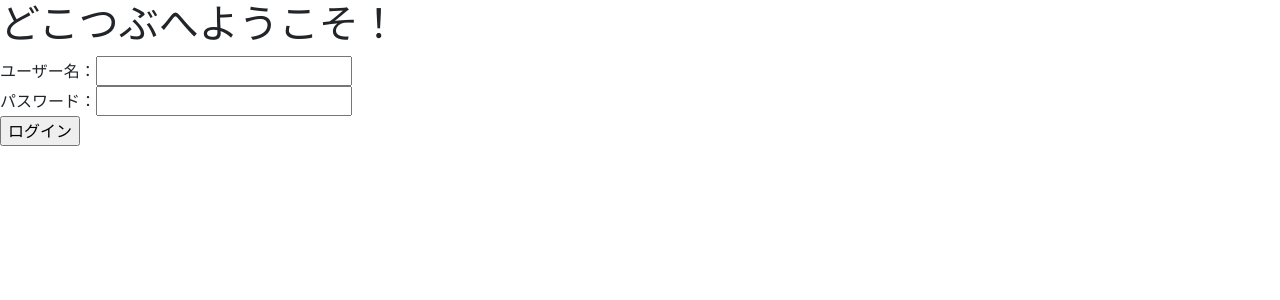
Repository: lunalice/01_START
Page: http://localhost/hello_world_now/
These files come from the project's save history. The page is drawn as it stood at one moment and after the next save; the edit follows.
The browser window is 1280 px wide. The pictures show the whole page.
The page is served by Tomcat 9. Other server files are loaded and not shown.

Above is the page before, as saved 2018-02-07 05:22:54.
Console error: TypeError: Cannot read properties of undefined (reading 'fn')

### eclipse-workspace/hello_world_now/WebContent/index.jsp
<%@ page language="java" contentType="text/html; charset=UTF-8"
    pageEncoding="UTF-8"%>
<!DOCTYPE html>
<html>
<head>
<meta http-equiv="Content-Type" content="text/html; charset=UTF-8">
<link rel="stylesheet" href="https://maxcdn.bootstrapcdn.com/bootstrap/4.0.0/css/bootstrap.min.css" integrity="sha384-Gn5384xqQ1aoWXA+058RXPxPg6fy4IWvTNh0E263XmFcJlSAwiGgFAW/dAiS6JXm" crossorigin="anonymous">
<script src="https://maxcdn.bootstrapcdn.com/bootstrap/4.0.0/js/bootstrap.min.js" integrity="sha384-JZR6Spejh4U02d8jOt6vLEHfe/JQGiRRSQQxSfFWpi1MquVdAyjUar5+76PVCmYl" crossorigin="anonymous"></script>
<title>どこつぶ</title>
</head>
<body>
<span class="hero-unit"><h1>どこつぶへようこそ！</h1></span>
<form action="/hello_world_now/Login" method="post">
ユーザー名：<input type="text" name="name"><br>
パスワード：<input type="password" name="pass"><br>
<input type="submit" value="ログイン">
</form>
</body>
</html>

After the next save:
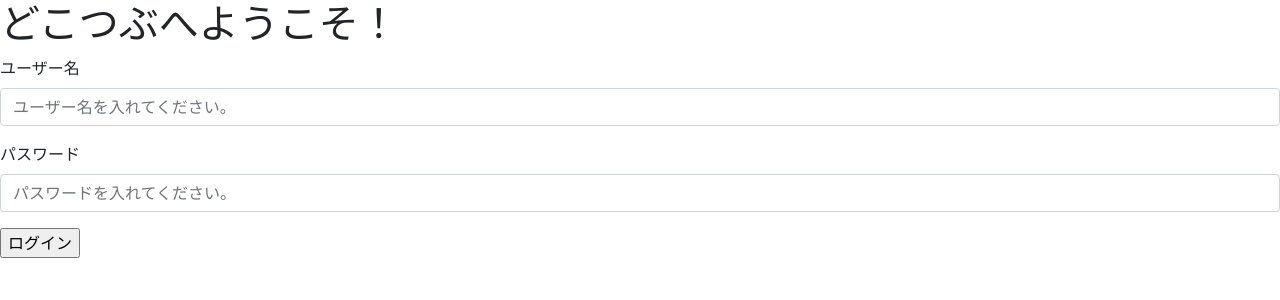
Saved 16 min 20 s later.
--- a/eclipse-workspace/hello_world_now/WebContent/index.jsp
+++ b/eclipse-workspace/hello_world_now/WebContent/index.jsp
@@ -1,19 +1,31 @@
 <%@ page language="java" contentType="text/html; charset=UTF-8"
-    pageEncoding="UTF-8"%>
+	pageEncoding="UTF-8"%>
 <!DOCTYPE html>
 <html>
 <head>
 <meta http-equiv="Content-Type" content="text/html; charset=UTF-8">
-<link rel="stylesheet" href="https://maxcdn.bootstrapcdn.com/bootstrap/4.0.0/css/bootstrap.min.css" integrity="sha384-Gn5384xqQ1aoWXA+058RXPxPg6fy4IWvTNh0E263XmFcJlSAwiGgFAW/dAiS6JXm" crossorigin="anonymous">
-<script src="https://maxcdn.bootstrapcdn.com/bootstrap/4.0.0/js/bootstrap.min.js" integrity="sha384-JZR6Spejh4U02d8jOt6vLEHfe/JQGiRRSQQxSfFWpi1MquVdAyjUar5+76PVCmYl" crossorigin="anonymous"></script>
+<link rel="stylesheet"
+	href="https://maxcdn.bootstrapcdn.com/bootstrap/4.0.0/css/bootstrap.min.css"
+	integrity="sha384-Gn5384xqQ1aoWXA+058RXPxPg6fy4IWvTNh0E263XmFcJlSAwiGgFAW/dAiS6JXm"
+	crossorigin="anonymous">
+<script
+	src="https://maxcdn.bootstrapcdn.com/bootstrap/4.0.0/js/bootstrap.min.js"
+	integrity="sha384-JZR6Spejh4U02d8jOt6vLEHfe/JQGiRRSQQxSfFWpi1MquVdAyjUar5+76PVCmYl"
+	crossorigin="anonymous"></script>
 <title>どこつぶ</title>
 </head>
 <body>
-<span class="hero-unit"><h1>どこつぶへようこそ！</h1></span>
-<form action="/hello_world_now/Login" method="post">
-ユーザー名：<input type="text" name="name"><br>
-パスワード：<input type="password" name="pass"><br>
-<input type="submit" value="ログイン">
-</form>
+	<span class="hero-unit"><h1>どこつぶへようこそ！</h1></span>
+	<form action="/hello_world_now/Login" method="post">
+		<div class="form-group">
+			<label for="InputEmail">ユーザー名</label>
+			<input type="text" class="form-control" name="name" placeholder="ユーザー名を入れてください。">
+		</div>
+		<div class="form-group">
+			<label for="InputEmail">パスワード</label>
+			<input type="text" class="form-control" name="pass" placeholder="パスワードを入れてください。">
+		</div>
+		<input type="submit" value="ログイン">
+	</form>
 </body>
 </html>
